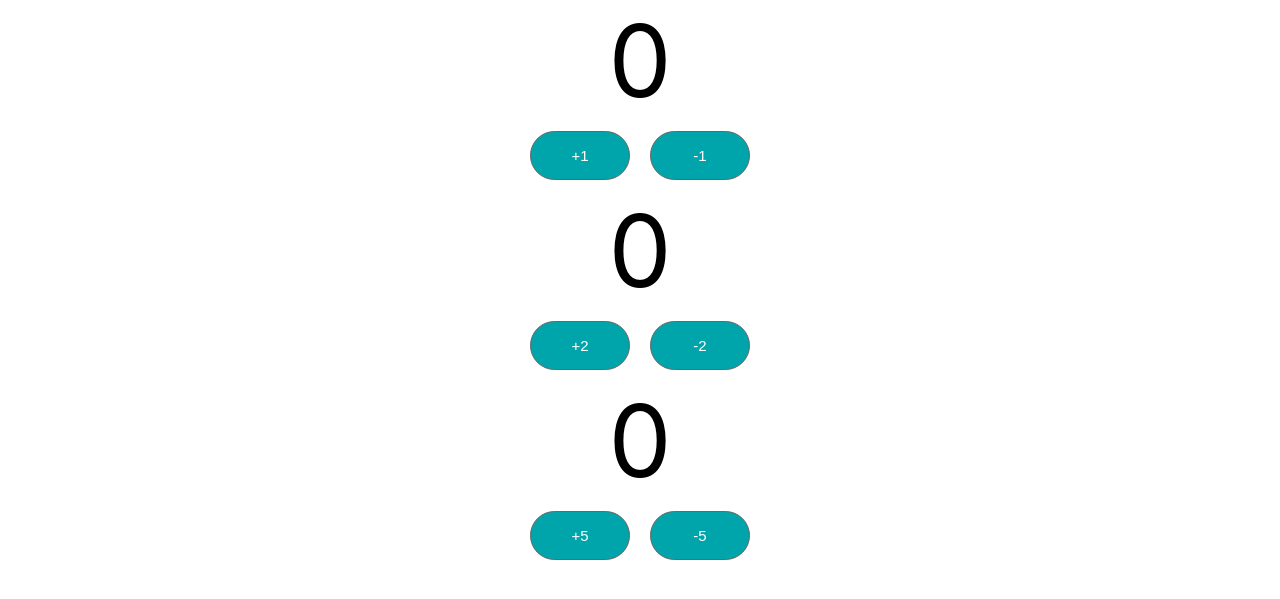
Repository: alexveremis/ReactWithRestAPI
Page: /todos
These files come from the project's save history. The page is drawn as it stood at one moment and after the next save; the edit follows.
The browser window is 1280 px wide. The pictures show the whole page.
The project was rebuilt for these pictures with package versions that can differ from the ones it lists, and the page was loaded fresh each time.

Above is the page before, as saved 2023-11-03 12:41:44.

After the next save:
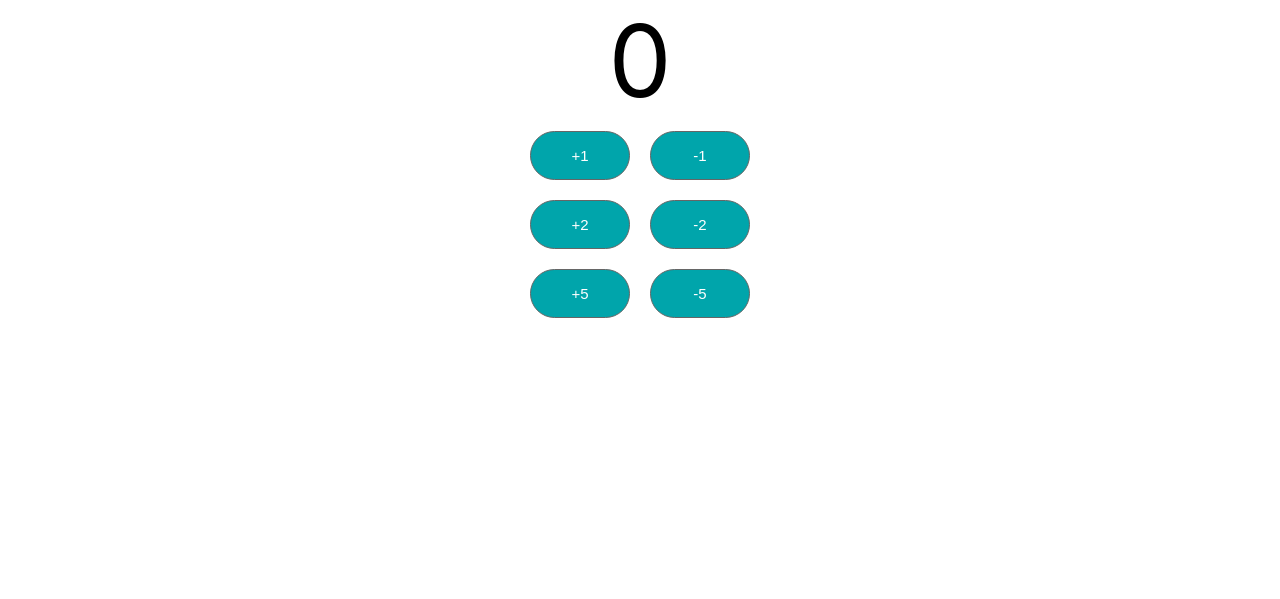
Saved 78 s later.
--- a/src/components/counter/Counter.jsx
+++ b/src/components/counter/Counter.jsx
@@ -3,8 +3,10 @@ import {PropTypes} from 'prop-types'
 import './Counter.css'
 
 export default function Counter() {
+    const [count, setCount] = useState(0);
     return(
         <>
+            <span className="count">{count}</span>
             <CounterButton step={1}/>
             <CounterButton step={2}/>
             <CounterButton step={5}/>
@@ -14,7 +16,7 @@ export default function Counter() {
 
 function CounterButton({step}) {
 
-    const [count, setCount] = useState(0);
+
 
 
 
@@ -31,7 +33,6 @@ function CounterButton({step}) {
 
     return (
         <div className="Counter">
-            <span className="count">{count}</span>
             <div>
                 <button className="counterButton"
                         onClick={incrementCounterFunction}
